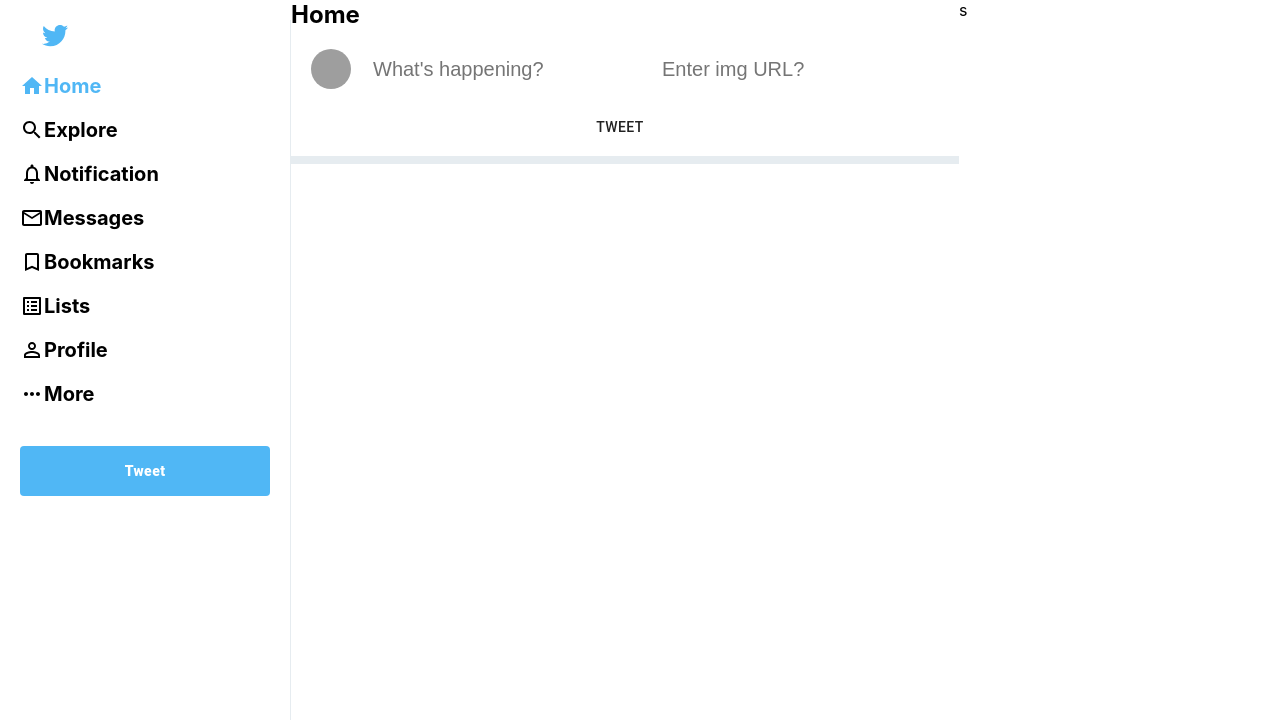
Repository: arafat877/React-Twitter-Clone
Page: /
These files come from the project's save history. The page is drawn as it stood at one moment and after the next save; the edit follows.
The browser window is 1280 px wide. The pictures show the whole page.
Pictures or frames that could not be fetched are drawn as grey boxes. The project was rebuilt for these pictures with package versions that can differ from the ones it lists, and the page was loaded fresh each time.

Above is the page before, as saved 2020-08-23 02:31:19.

### public/index.html
<!DOCTYPE html>
<html lang="en">
  <head>
    <meta charset="utf-8" />
    <meta name="viewport" content="width=device-width, initial-scale=1" />
    <meta name="theme-color" content="#000000" />
    <meta
      name="description"
      content="Web site created using create-react-app"
    />
    <title>React Twitter App</title>
  </head>
  <body>
    <noscript>You need to enable JavaScript to run this app.</noscript>
    <div id="root"></div>
    <!--
      This HTML file is a template.
      If you open it directly in the browser, you will see an empty page.

      You can add webfonts, meta tags, or analytics to this file.
      The build step will place the bundled scripts into the <body> tag.

      To begin the development, run `npm start` or `yarn start`.
      To create a production bundle, use `npm run build` or `yarn build`.
    -->
  </body>
</html>

### src/App.js
import React from "react";
import "./App.css";
import Sidebar from "./components/sidebar/Sidebar";
import Feed from "./components/feed/Feed";
import Widgets from "./components/widgets/Widgets";

function App() {
  return (
    <div className="App">
      <Sidebar />
      <Feed />
      <Widgets />
    </div>
  );
}

export default App;

### src/App.css
body {
  --twitter-color: #50b7f5;
  --twitter-background: #e6ecf0;
}

.App {
  display: flex;
  height: 100vh;
}

### src/components/sidebar/Sidebar.js
import React from "react";
import "./Sidebar.css";
import {
  Twitter,
  Home,
  Search,
  NotificationsNone,
  MailOutline,
  BookmarkBorder,
  ListAlt,
  PermIdentity,
  MoreHoriz,
} from "@material-ui/icons";
import { Button } from "@material-ui/core";
import SidebarOption from "../sidebarOption/SidebarOption";

const Sidebar = () => {
  return (
    <div className="sidebar">
      <Twitter className="sidebarTwitterIcon"/>
      <SidebarOption active text="Home" Icon={Home} />
      <SidebarOption text="Explore" Icon={Search} />
      <SidebarOption text="Notification" Icon={NotificationsNone} />
      <SidebarOption text="Messages" Icon={MailOutline} />
      <SidebarOption text="Bookmarks" Icon={BookmarkBorder} />
      <SidebarOption text="Lists" Icon={ListAlt} />
      <SidebarOption text="Profile" Icon={PermIdentity} />
      <SidebarOption text="More" Icon={MoreHoriz} />
      <Button variant="outlined" className="sidebarTweet" fullWidth>Tweet</Button>
    </div>
  );
};

export default Sidebar;

### src/components/feed/Feed.js
import React from "react";
import "./Feed";
import TweetBox from "../tweetBox/TweetBox"

const Feed = () => {
  return (
    <div className="feed">
      <div className="feedHeader">
        <h2>Home</h2>
        <TweetBox/>
      </div>
    </div>
  );
};

export default Feed;

### src/components/widgets/Widgets.js
import React from 'react';
import "./Widgets.css"

const Widgets = () => {
    return (
        <div className="widgets">
            s
        </div>
    );
};

export default Widgets;

### src/components/sidebar/Sidebar.css
.sidebar {
  border-right: 1px solid var(--twitter-background);
  flex: 0.3;
  min-width: 250px;
  margin-top: 20px;
  padding-left: 20px;
  padding-right: 20px;
}

.sidebarTwitterIcon{
color: var(--twitter-color);
font-size: 30px !important;
margin-left: 20px;
margin-bottom: 20px;
}

.sidebarTweet {
  background-color: var(--twitter-color) !important;
  border: none !important;
  color: white !important;
  font-weight: 900 !important;
  text-transform: inherit !important;
  height: 50px !important;
  margin-top: 20px !important;
}

### src/components/sidebarOption/SidebarOption.js
import React from "react";
import "./SidebarOption.css";

const SidebarOption = ({ text, Icon, active }) => {
  return (
    <div className={`sidebarOption ${active && "sidebarOptionActive"}`}>
      <Icon />
      <h2>{text}</h2>
    </div>
  );
};

export default SidebarOption;

### src/components/tweetBox/TweetBox.js
import React from "react";
import "./TweetBox.css";
import { Button, Avatar } from "@material-ui/core";

const TweetBox = () => {
  return (
    <div className="tweetBox">
      <form>
        <div className="tweetBoxInput">
          <Avatar src="https://avatars2.githubusercontent.com/u/1486366?s=460&u=e8efaf0d63842b11771391988d38139a2b631f05&v=4" />
          <input placeholder="What's happening?" type="text" />
          <input placeholder="Enter img URL?" type="text" />
        </div>
        <Button>Tweet</Button>
      </form>
    </div>
  );
};

export default TweetBox;

### src/components/widgets/Widgets.css
.widgets {
  flex: 0.3;
}

### src/components/sidebarOption/SidebarOption.css
.sidebarOption {
  display: flex;
  align-items: center;
  cursor: pointer;
  margin-bottom: 20px;
}

.sidebarOption:hover {
  background-color: #e8f5fe;
  border-radius: 30px;
  color: var(--twitter-color);
  transition: color 100ms ease-out;
}

.sidebarOption > MuiSvgIcon-root {
  padding: 20px;
}

.sidebarOption > h2 {
  font-weight: 700;
  font-size: 20px;
  margin-right: 20px;
}

.sidebarOptionActive{
    color: var(--twitter-color);
}

### src/components/tweetBox/TweetBox.css
.tweetBox {
  padding-bottom: 10px;
  border-bottom: 8px solid var(--twitter-background);
  padding-right: 10px;
}

.tweetBox > form {
  display: flex;
  flex-direction: column;
}

.tweetBoxInput{
    display: flex;
    padding: 20px;
}

.tweetBoxInput > input{
    flex: 1;
    margin-left: 20px;
    font-size: 20px;
    border: none;
}

Loaded but not shown: src/index.js (common file); src/index.css (common file)

After the next save:
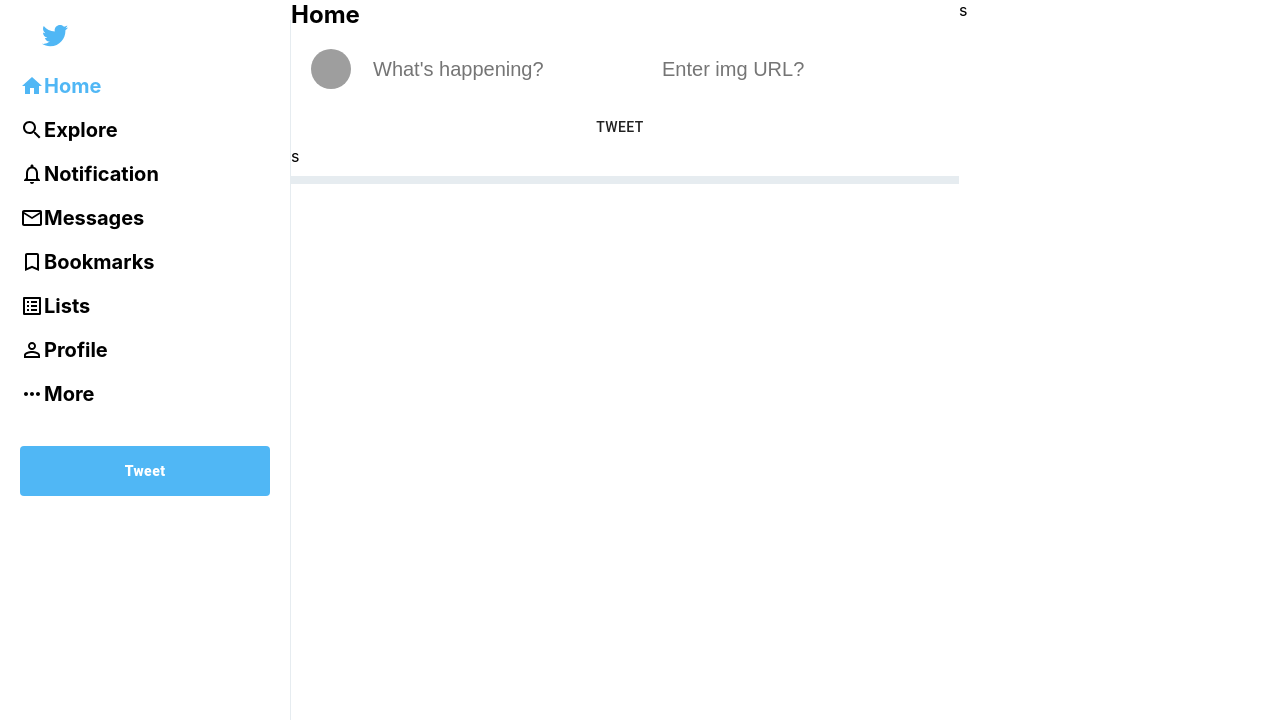
Saved 26 s later.
--- a/src/components/tweetBox/TweetBox.js
+++ b/src/components/tweetBox/TweetBox.js
@@ -12,7 +12,7 @@
           <input placeholder="Enter img URL?" type="text" />
         </div>
         <Button>Tweet</Button>
-      </form>
+      </form>s
     </div>
   );
 };
